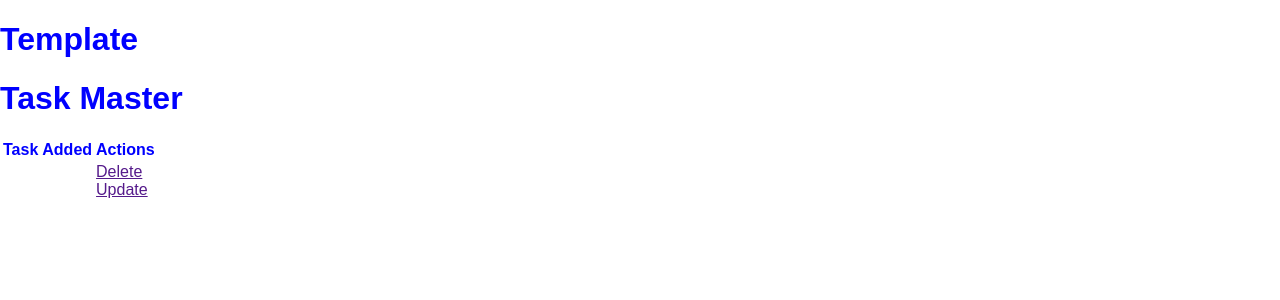
Repository: zamaniali1995/Flask-Intro
Page: http://localhost/
These files come from the project's save history. The page is drawn as it stood at one moment and after the next save; the edit follows.
The browser window is 1280 px wide. The pictures show the whole page.
The page is served by the project's application, run on Flask 3 (app.py).

Above is the page before, as saved 2021-05-12 12:39:55.

After the next save:
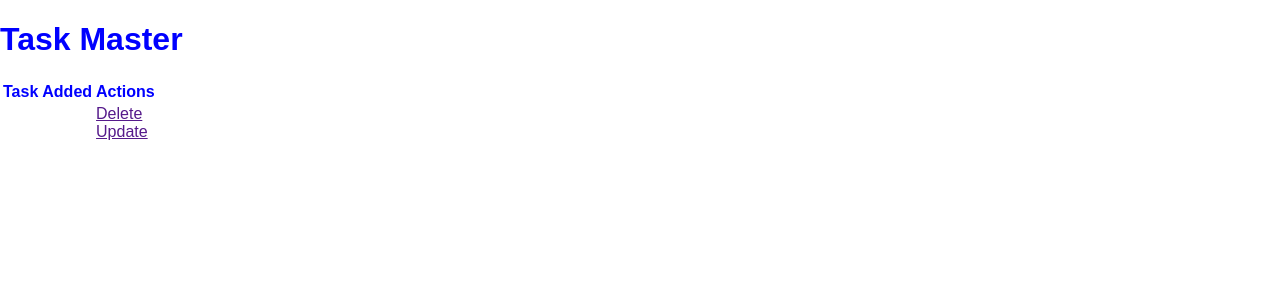
Saved 53 s later.
--- a/templates/index.html
+++ b/templates/index.html
@@ -1,6 +1,4 @@
-{% extends 'base.html' %} {% block head %}
-<h1>Template</h1>
-{% endblock %} {% block body %}
+{% extends 'base.html' %} {% block head %} {% endblock %} {% block body %}
 <div class="content">
     <h1>Task Master</h1>
 
